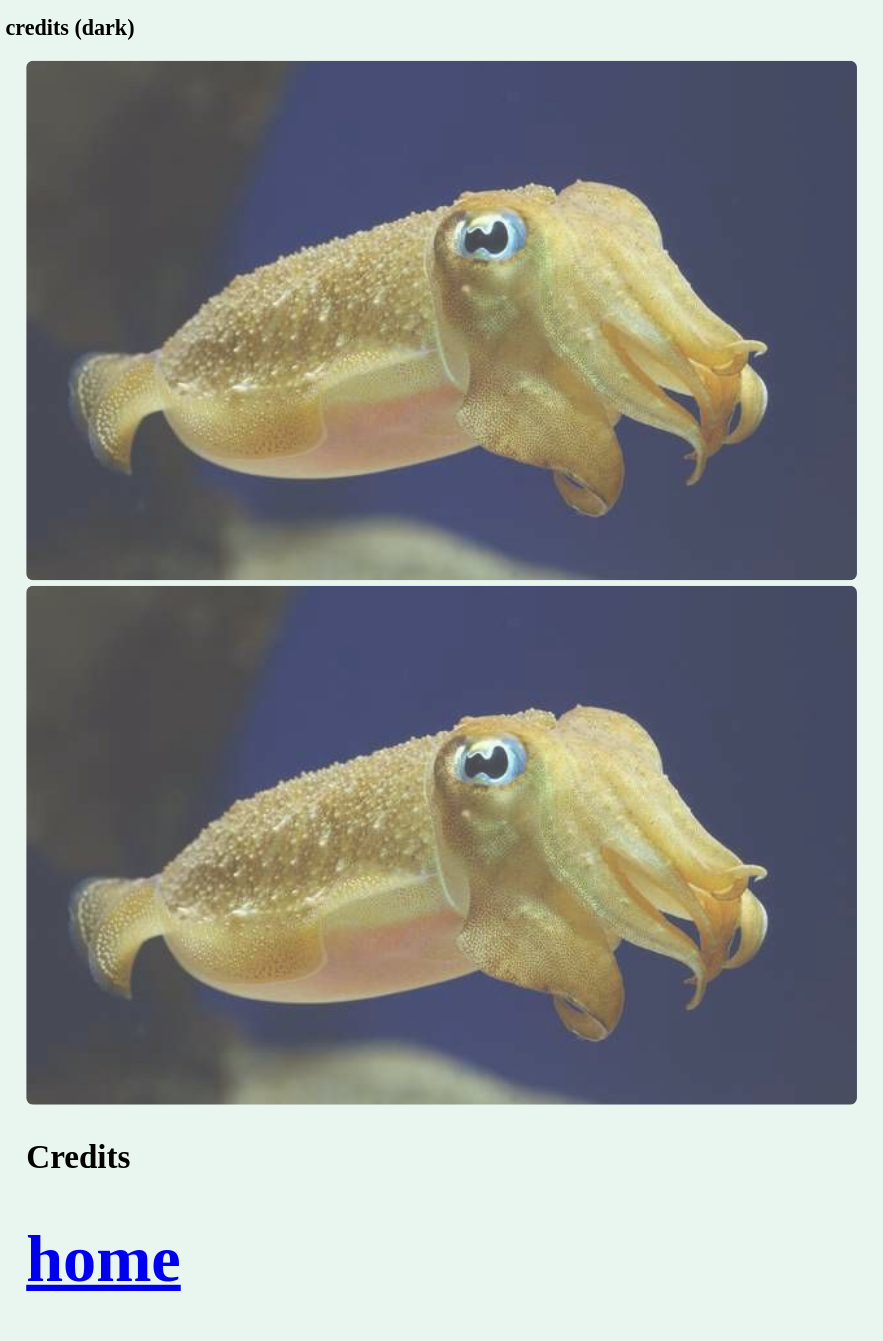
Repository: neomort/comm-lab-vid-site
Page: credits.html
An editor plug-in stored every save of this project. The page is shown before and after the next save, followed by the edit.
The browser window is 1280 px wide. The pictures show the whole page, at 69% of full size.

Above is the page before, as saved 2021-09-23 02:46:59.

### credits.html
<!DOCTYPE html>

<head>
<title>Watch the movie</title>
<link rel="icon" href="images/chicken.png"/>
<link rel="stylesheet" href="./css/styles.css" />
</head>

<body class="bg-2">
  <div >
    <h1 class="dark-header font">credits (dark)<h1>
    <div class="default-margin">
      <div class="row">
        <a class="bar" href="watch.html">
         <div class="container bar">
          <img class="image-1" src="images/cuddle.jpg" />
          <H1 class="font centered-text text-light show">Watch</H1>
        </div>
      </a>
      </div>
      <div class="row">
      <a class="bar" href="links.html">
        <div class="container">
          <img class="image-1" src="images/cuddle.jpg" />
          <H1 class="font centered-text text-light show">Explore</H1>
        </div>
      </a>
      </div>
  <h2>Credits<h2>
    <a href="index.html"><h1>home</h1></a>
  </div>
  </div>
</body>

### css/styles.css
/* background colors */
/* color scheme */
.bg-1 {
  /* Yellow */
  background: #FFE194;
}

.bg-2 {
  /* Light */
  background: #E8F6EF;
}

.bg-3 {
  /* medium */
  background: #B8DFD8;
}

.bg-4 {
  /* dark */
  background: #4C4C6D;
}

.text-light {
  /* Light */
  color: #E8F6EF;
}

.text-dark {
  /* dark */
  background: #4C4C6D;
}

.font {
  font-family: Poppins;
}



/* flex properties */

.row {
  display: flex;
}

.column {
  flex: 50%;
  padding: 10px;
}

.column-2 {
  flex: 50%;
  padding: 10px;
  align-content: end;
}

.default-margin{
  margin: 30px;

}

/* fancy container button */

.container {
  position: relative;
  text-align: center;
  opacity: 70%;
  transition: 0.3s;
}

.container img{
  border-radius: 10px;
  width: 100%;
  opacity: 100%;
  transition: 0.3s;
}

.container:hover {
  position: relative;
  text-align: center;
  opacity: 100%;
  transition: 0.3s;
}

.container:hover .show{
  opacity: 1;
}

.show {
  opacity: 0;
  transition: 0.3s;
}

/* iframe box */

.frame {
  padding-top: 56.25%;
  position:relative;
}

.bar {
  width: 100%;
}

.dark-header h1{
  font-size: 100px;
  color: text-dark;

}


/* .drop-container{
  object-fit: cover;
  position: relative;
  text-align: center;
  opacity: 70%;
  transition: 0.3s;
}

.image-2{
  object-fit: cover;
  border-radius: 10px;
  width: 1000px;
  opacity: 100%;

  transition: 0.3s;
}

.drop-container:hover .image-2{
  object-fit: cover;
  border-radius: 10px;
  width: 100%;
  opacity: 100%;
  height: 300px;
  transition: 0.3s;
} */







.centered-text {
  position: absolute;
  top: 50%;
  left: 50%;
  transform: translate(-50%, -50%);
}

After the next save:
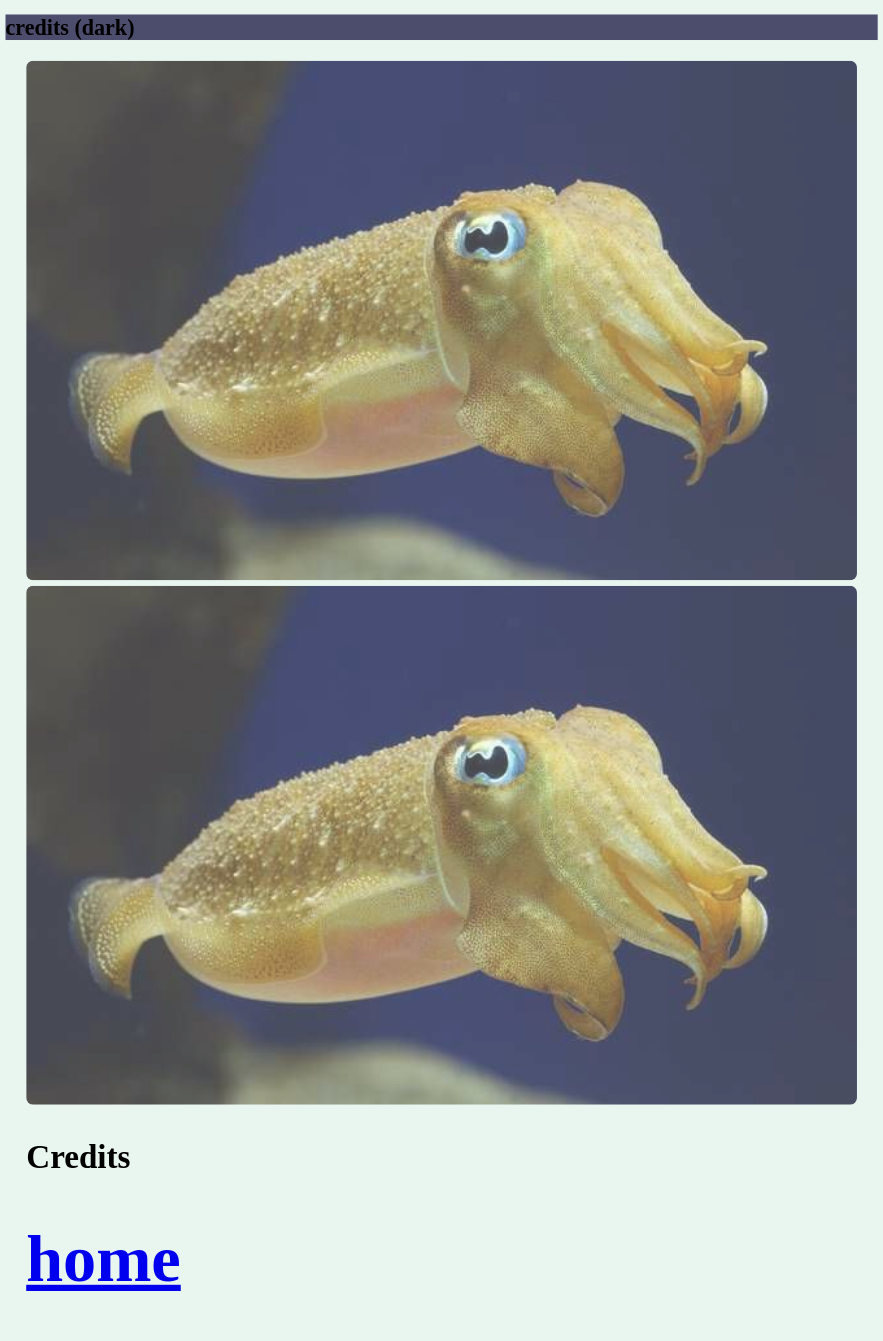
Saved 85 s later.
--- a/credits.html
+++ b/credits.html
@@ -8,7 +8,7 @@
 
 <body class="bg-2">
   <div >
-    <h1 class="dark-header font">credits (dark)<h1>
+    <h1 class="dark-header text-dark font">credits (dark)<h1>
     <div class="default-margin">
       <div class="row">
         <a class="bar" href="watch.html">
